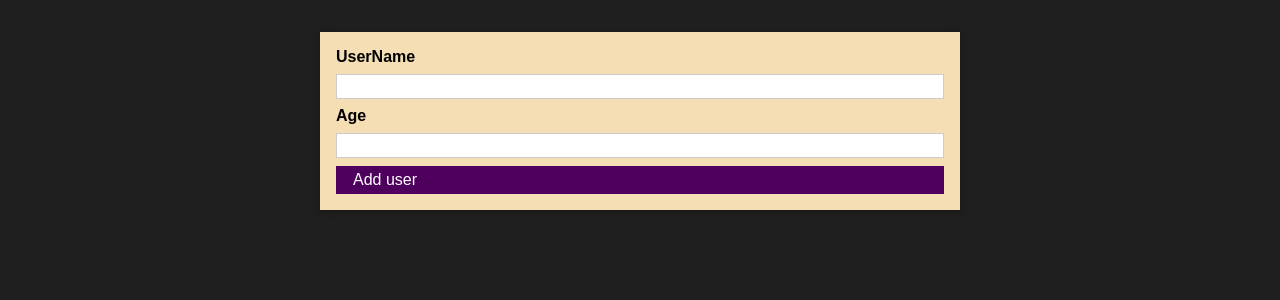
Repository: Wakkaba/08-Demo-proj
Page: /
An editor plug-in stored every save of this project. The page is shown before and after the next save, followed by the edit.
The browser window is 1280 px wide. The pictures show the whole page.
The project was rebuilt for these pictures with package versions that can differ from the ones it lists, and the page was loaded fresh each time.

Above is the page before, as saved 2021-10-25 16:33:16.

After the next save:
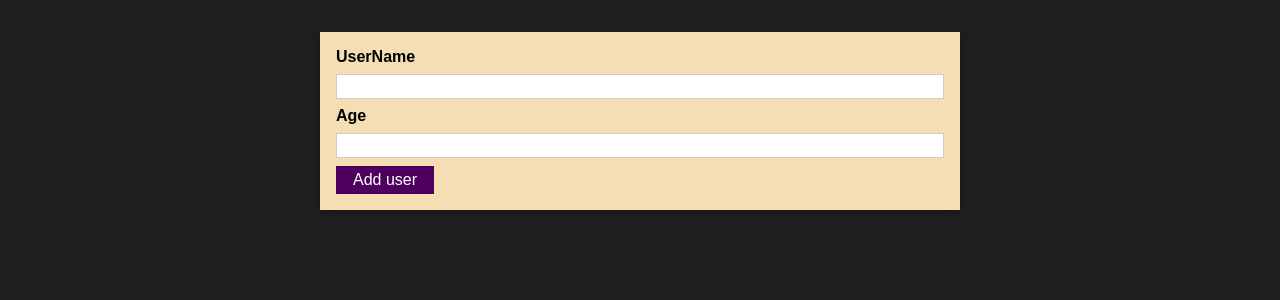
Saved 2 min 1 s later.
--- a/src/components/UI/Button.js
+++ b/src/components/UI/Button.js
@@ -3,12 +3,12 @@ import "./Button.css";
 
 export const Button = (props) => {
   return (
-    <div
+    <button
       onClick={props.onClick}
       className="button"
       type={props.type || "button"}
     >
       {props.children}
-    </div>
+    </button>
   );
 };
